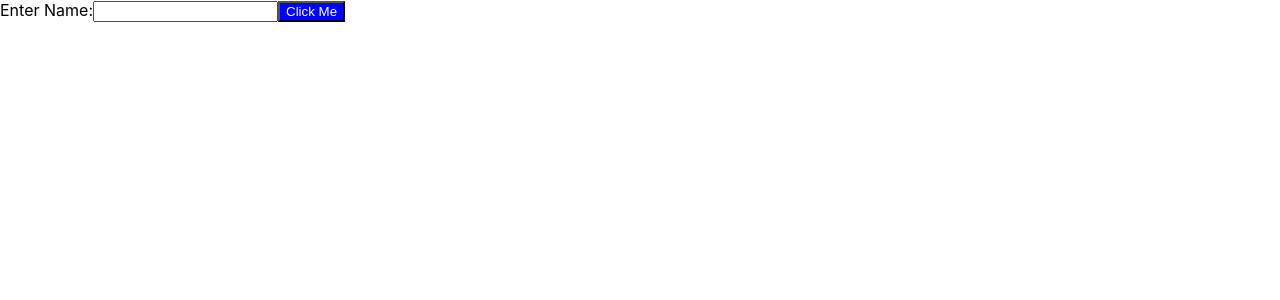
Repository: geedtd/udemyreact
Page: /
An editor plug-in stored every save of this project. The page is shown before and after the next save, followed by the edit.
The browser window is 1280 px wide. The pictures show the whole page.
The project was rebuilt for these pictures with package versions that can differ from the ones it lists, and the page was loaded fresh each time. Also part of the build but not shown: src/App.css.

Above is the page before, as saved 2020-03-12 16:40:50.

After the next save:
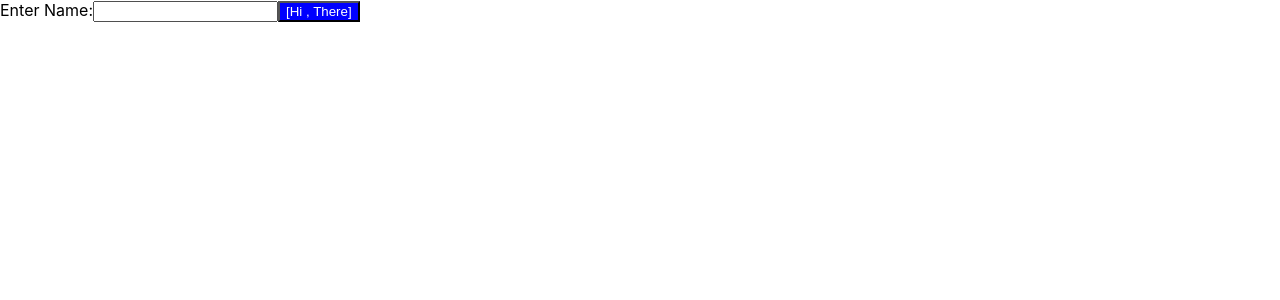
Saved 21 s later.
--- a/src/App.js
+++ b/src/App.js
@@ -5,7 +5,7 @@ import './App.css';
 
 
 const App = () => {
-const buttonText="Click Me";
+const buttonText="[Hi , There]";
 
   return (
   <div>
